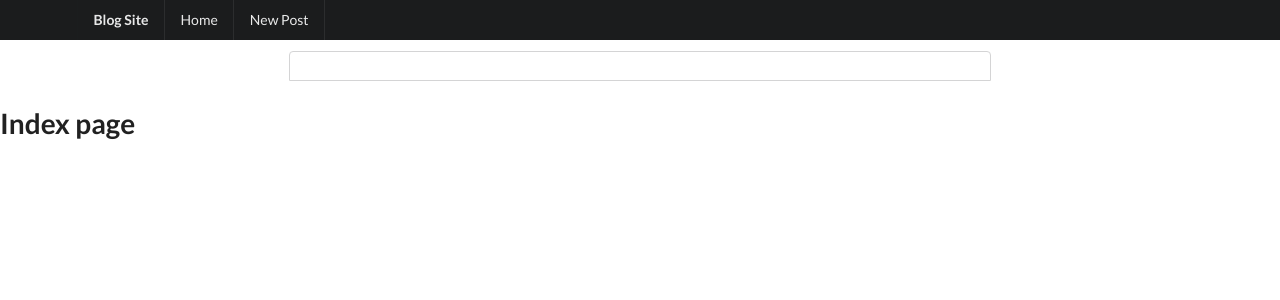
Repository: samanthi22/galvanize-6month-program
Page: http://localhost/blogs
The author's editor kept a record of every edit. The page is drawn from the files as they stood at one moment, then again after the next edit.
The browser window is 1280 px wide. The pictures show the whole page.
Some web libraries are served in a nearby version. The page is served by the project's Node server (RESTful-routing/blog/app.js). Queries for data that is not in the repository find no rows.

Above is the page before.

After the next edit:
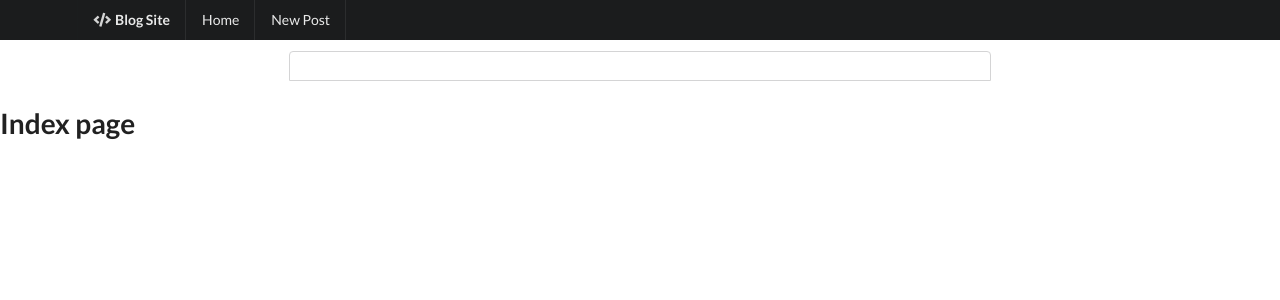
The edit:
--- a/RESTful-routing/blog/views/partials/header.ejs
+++ b/RESTful-routing/blog/views/partials/header.ejs
@@ -7,7 +7,7 @@
 
     <div class="ui fixed inverted menu">
         <div class="ui container">
-            <div class="header item"><i class=""></i>
+            <div class="header item"><i class="code icon"></i>
                 Blog Site</div>
 
             <a href="/" class="item">Home</a>
